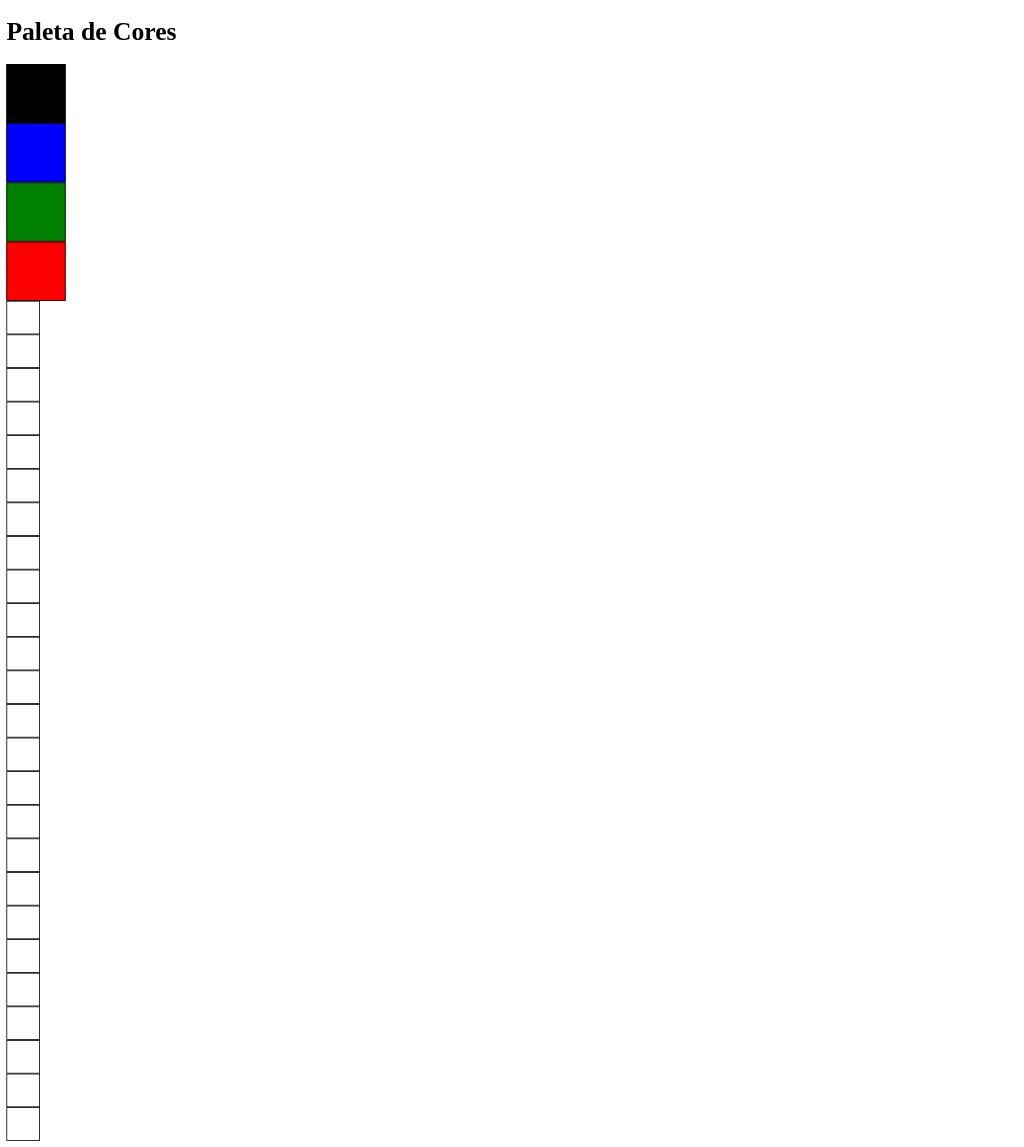
Repository: MuriloColleti/project-Pixer-Art
Page: index.html
These files come from the project's save history. The page is drawn as it stood at one moment and after the next save; the edit follows.
The browser window is 1280 px wide. The pictures show the whole page, at 80% of full size.

Above is the page before, as saved 2024-02-05 16:28:09.

After the next save:
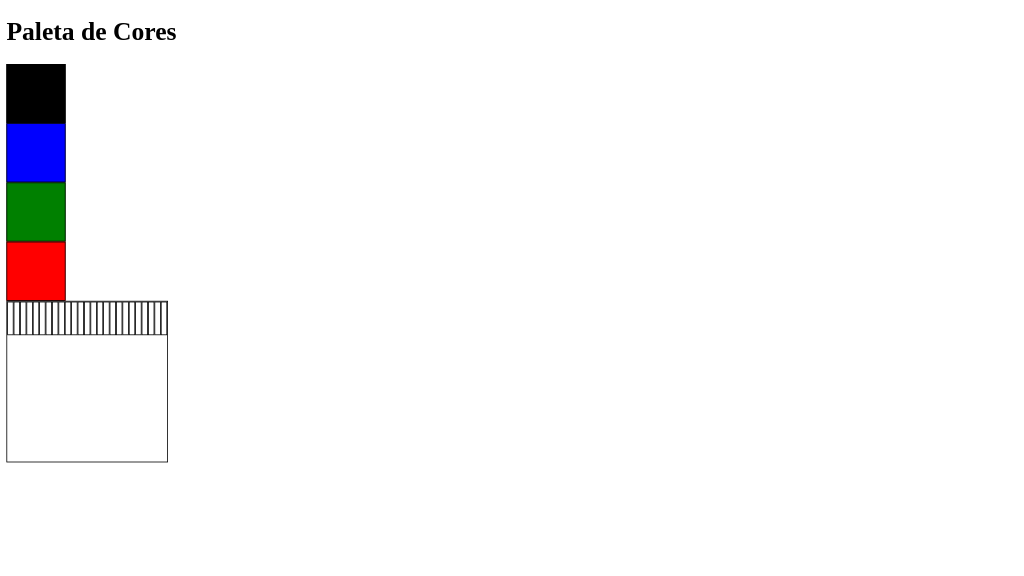
Saved 10 s later.
--- a/style.css
+++ b/style.css
@@ -27,7 +27,7 @@
     border: 1px solid black;
 }
 
-.pixel-board{
+#pixel-board{
     width: 200px;
     height: 200px;
     border: 1px solid black;
